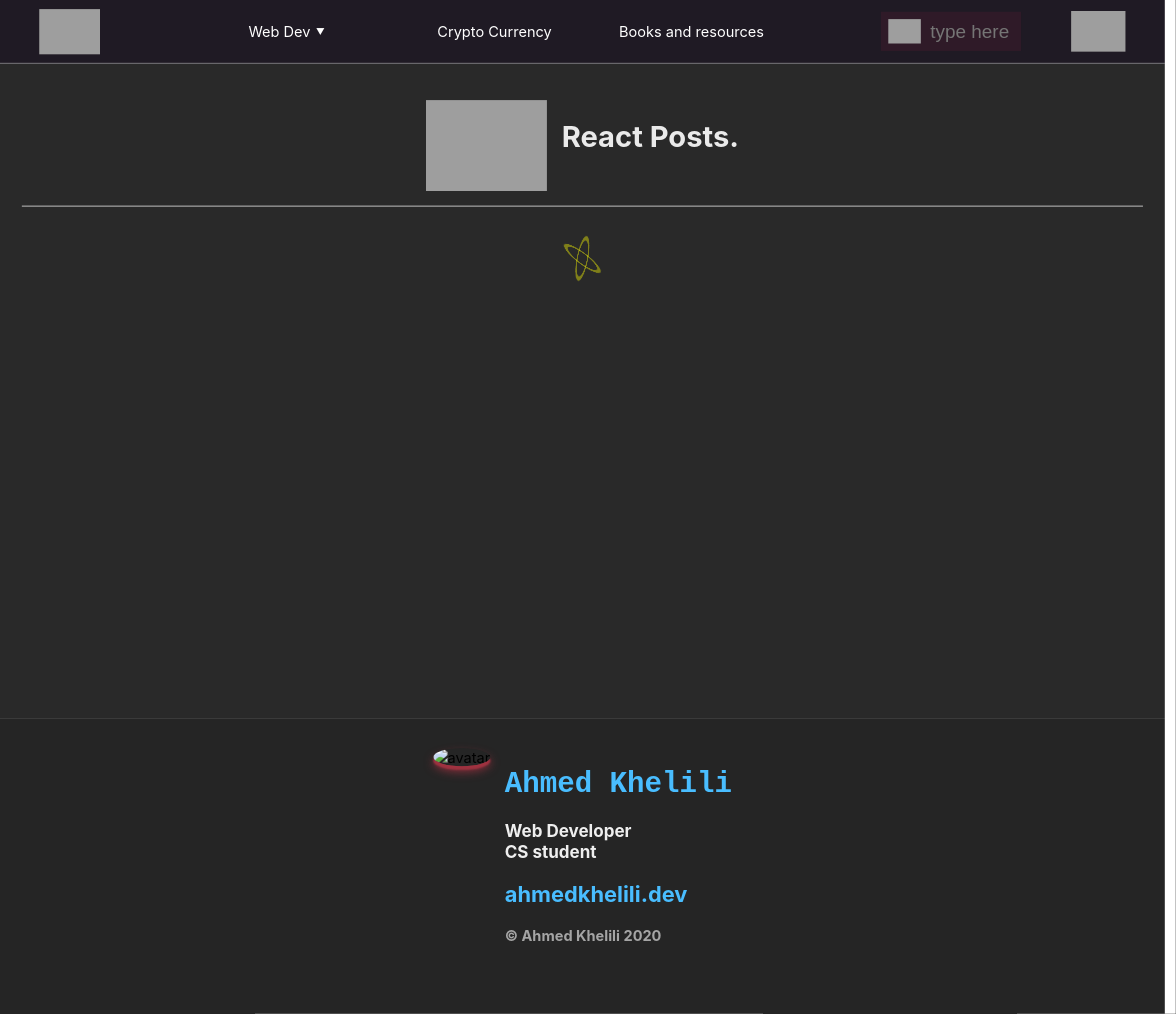
Repository: Midoukh/my-blog
Page: /WebDev/React
The author's editor kept a copy of each file at every save. The page is drawn from the files as they stood at one save, then again after the next save.
The browser window is 1280 px wide. The page is 1292 px wide, so the pictures cover 1292 px, including what lies to the right of the window. The pictures show the whole page, at 91% of full size.
Pictures or frames that could not be fetched are drawn as grey boxes. The page's requests for data from a server got no answer. Some web fonts or font styles are not loaded; a fallback is used. The project was rebuilt for these pictures with package versions that can differ from the ones it lists, and the page was loaded fresh each time. The framework's server and built-in components were replaced by stand-ins that run in the browser. No one was signed in, and anything a server would have sent is missing. Also part of the build but not shown: next.config.js, Components/Backdrop/Backdrop.jsx, Components/Form/Form.module.css, UI/Button/Button.module.css, UI/Button/Button.jsx, Components/Form/Form.jsx, Components/Nav/DropDown/DropDown.module.css, Components/Nav/DropDown/DropDown.jsx and 1 more.

Above is the page before, as saved 2021-12-26 19:01:51.

### pages/_app.js
import "../styles/globals.css";
import Nav from "../Components/Nav/Nav";
import Footer from "../Components/Footer/Footer";
import Head from "next/head";

function MyApp({ Component, pageProps }) {
  return (
    <div>
      <Head>
        <title>Ahmed Khelili Blog</title>
      </Head>
      <Nav />
      <Component {...pageProps} />
      <Footer />
    </div>
  );
}

export default MyApp;

### pages/WebDev/React/index.jsx
import React from "react";

import styles from "../GlobalStyle/WebDevPosts.module.css";
import BaseCategory from "../../../Components/BaseCategory";

const reactLogo = require("../../../public/Assets/physics.png");

const ReactPosts = () => {
  return (
    <BaseCategory
      logo={reactLogo}
      category="react"
      postCategory="React"
      styles={styles}
    />
  );
};

export default ReactPosts;

### Components/Nav/Nav.jsx
import React from "react";
import styles from "./Nav.module.css";
import Search from "./Search/Search";
const logo = require("../../public/Assets/solvent.svg");
import Account from "./UserAccount/Account";
import Link from "next/link";
import DropDown from "./DropDown/DropDown";

class Nav extends React.Component {
  constructor(props) {
    super(props);
    this.state = {
      shownMenu: false,
    };
    this.menuRef = React.createRef();
    this.buttonRef = React.createRef();
  }
  handleShowMenu = (e) => {
    const newVal = !this.state.shownMenu;

    this.setState({ shownMenu: newVal }, () => {
      document.addEventListener("click", this.closeMenu);
    });
  };
  closeMenu = (e) => {
    const menu = this.menuRef;
    const button = this.buttonRef;

    if (button && e.target.className !== button.current.className) {
      this.setState({ shownMenu: false });
    }
  };

  componentDidMount() {
    document.addEventListener("click", this.closeMenu);
  }

  render() {
    return (
      <nav className={styles.Nav}>
        <Link href="/">
          <img className={styles.logo} src={logo} alt="Logo" />
        </Link>
        <ul>
          <li className={styles.outerMenu}>
            <ul className={styles.innerMenu}>
              <li
                className={styles.MenuButton}
                onClick={this.handleShowMenu}
                ref={this.buttonRef}
              >
                Web Dev &#11206;
              </li>
              {this.state.shownMenu ? <DropDown ref={this.menuRef} /> : null}
            </ul>
          </li>
          <Link href="/Crypto">
            <li>Crypto Currency</li>
          </Link>
          <Link href="/BooksAndResources">
            <li>Books and resources</li>
          </Link>
        </ul>
        <Search />
        <Account />
      </nav>
    );
  }
}

export default Nav;

### Components/Footer/Footer.jsx
import React, { useState, useEffect } from "react";
import axios from "axios";
import styles from "./Footer.module.css";

const Footer = () => {
  const [avatar, setAvatar] = useState("");
  const handleGetMyInfoFromGitHub = async () => {
    const response = await axios.get("https://api.github.com/users/Midoukh");
    setAvatar((prev) => response.data.avatar_url);
  };
  const handleGoToGithub = () => {
    window.open("https://github.com/Midoukh", "_blank").focus();
  };
  useEffect(() => {
    handleGetMyInfoFromGitHub();
  });
  return (
    <div className={styles.Footer}>
      <div className={styles.AvatarWrapper}>
        <img src={avatar} alt="avatar" onClick={handleGoToGithub} />
      </div>
      <div className={styles.Details}>
        <h1>Ahmed Khelili</h1>
        <h3>Web Developer</h3>
        <h3>CS student</h3>
        <a href="https://www.ahmedkhelili.dev">
          <h2>ahmedkhelili.dev</h2>
        </a>
        <h4>© Ahmed Khelili 2020</h4>
      </div>
    </div>
  );
};

export default Footer;

### pages/WebDev/GlobalStyle/WebDevPosts.module.css
@import url(//db.onlinewebfonts.com/c/4eed94e85a810fb0ee04526f373f5cd2?family=Diary+of+an+8-bit+mage);

.WebDevPostsContainer,
.WebDevGrid {
  margin: 0;
  background-color: #292929;
  box-sizing: border-box;
  max-width: 100vw;
  min-height: 100vh;
  padding: 1.5rem;
}
.WebDevPostsContainer header {
  display: flex;
  color: white;
  justify-content: center;
  width: 100%;
  box-sizing: border-box;
  border-bottom: 1px solid #ccc;
  padding: 1rem;
}
.WebDevPostsContainer header img {
  height: 100px;
  margin-right: 1rem;
}
.WebDevPostsContainer header h1 {
  opacity: 0.9;
}
.WebDevGrid {
  display: grid;
  grid-template-columns: repeat(2, 25vw);
  grid-gap: 2rem;
  color: rgba(255, 255, 255, 0.8);
  justify-content: center;
}
.WebDevGrid img {
  height: 90px;
  margin-right: 1rem;
}
.JS {
  box-shadow: 6px 5px 2px rgba(240, 219, 79, 0.7);
}
.React {
  box-shadow: 6px 5px 2px rgba(10, 186, 168, 0.7);
}
.Node {
  box-shadow: 6px 5px 2px rgba(125, 195, 41, 0.7);
}
.WA {
  box-shadow: 6px 5px 2px rgba(101, 78, 240, 0.7);
}
.WebDevGrid section {
  border: 1px solid #ccc;
  display: flex;
  justify-content: center;
  align-items: center;
  box-sizing: border-box;
  padding: 1rem;
  cursor: pointer;
  transition: all 0.3s ease-in;
}
.WebDevGrid section:hover {
  transform: scale(1.1);
}
.JS:hover {
  color: rgba(240, 219, 79, 1);
}
.React:hover {
  color: rgba(10, 186, 168, 1);
}
.Node:hover {
  color: rgba(125, 195, 41, 1);
}
.WA:hover {
  color: rgba(101, 78, 240, 1);
}
.Grid {
  display: grid;
  grid-template-columns: repeat(4, auto);
  padding: 2rem 0rem;
}
.NoPosts {
  width: 100%;
  display: flex;
  justify-content: center;
  padding-top: 3rem;
}
.NoPosts h1 {
  color: rgba(255, 255, 255, 0.774);
  font-family: "Diary of an 8-bit Mage", monospace;
}
.NoPosts h1 span {
  color: rgba(10, 186, 168, 1);
}

### Components/BaseCategory/index.jsx
import React from "react";
import axios from "axios";
import Blog from "../../Components/Blogs/Blog/Blog";
import { origin } from "../../utils/constants";

import Spinner from "../../Components/Spinner";

class BaseCategory extends React.Component {
  constructor(props) {
    super(props);
    this.state = {
      data: [],
      error: null,
      isPosts: true,
    };
  }
  componentDidMount() {
    this.handleGetPosts();
  }
  handleGetPosts = async () => {
    //categories
    //react, node, java script, web assembly, books, crypto-currency
    //others
    try {
      const res = await axios.get(
        `${origin}/blogs/get?category=${this.props.category}`
      );
      console.log(res);
      const posts = res.data.data ? res.data.data : [];
      const isPosts = res.data.data.length ? true : false;
      this.setState({ data: posts, isPosts });
    } catch (err) {
      console.log(err);
      this.setState({ error: err.message });
    }
  };
  render() {
    const noBlogs = !this.state.isPosts ? (
      <div className={this.props.styles.NoPosts}>
        <h1>
          <span>😲</span> No Posts available
        </h1>
      </div>
    ) : (
      <Spinner />
    );

    return (
      <main className={this.props.styles.WebDevPostsContainer}>
        <header>
          <img src={this.props.logo} />
          <h1>{this.props.postCategory} Posts.</h1>
        </header>
        {this.state.data.length === 0 ? (
          noBlogs
        ) : (
          <div className={this.props.styles.Grid}>
            {this.state.data.map((blg) => (
              <Blog
                key={blg._id}
                name={blg.title}
                bg="linear-gradient(45deg, #1f1a24da, #2f1a24df)"
                link={`/post/${blg.slug}`}
              />
            ))}
          </div>
        )}
      </main>
    );
  }
}

export default BaseCategory;

### Components/Nav/Nav.module.css
/*dark color*/
.Nav{
	max-width: 100vw;
	height: 70px;
	background-color: #1F1A24;
	display: flex;
	align-items: center;
	justify-content: space-around;
	box-sizing: border-box;
	padding: 0 1rem;
	border-bottom: .5px solid rgba(255, 255, 255, .3);
	box-shadow: 1px 1px 10px rgba(255, 255, 255, .9);
	overflow-y: visible;
}
.logo{
	height: 50px;
	cursor: pointer;
}
.Nav ul{
	list-style: none;
	width: 60%;
	height: 100%;
	display: flex;
	justify-content: space-evenly;
	align-items: center;
	color: white;
	transition: all .1s ease-in;
}
.Nav ul li{
	cursor: pointer;
	transition: all .3s ease-in;
}

.outerMenu{
	width: 10vw;
}
.innerMenu{
	display: flex;
	flex-flow: column;
	align-items: flex-start;
	justify-content: center;
	position: relative;
}
.MenuButton{
	width: 10vw;
	display: inline;
}

### Components/Nav/Search/Search.jsx
import React, { useRef } from "react";
import axios from "axios";
import styles from "./Search.module.css";
import { origin } from "../../../utils/constants";
const search = require("../../../public/Assets/search.svg");

const Search = () => {
  const searchRef = useRef();
  const handleExpandSearchBar = (e) => {
    const newWidth = "15vw";

    searchRef.current.style.width = newWidth;
  };
  const handleDecreaseSearchBar = (e) => {
    const newWidth = "12vw";

    searchRef.current.style.width = newWidth;
  };
  const handleSearch = async (e) => {
    const { value } = e.target;
    console.log(value);
    try {
      const res = await axios.get(`${origin}/blogs/get?search=${value}`);
      console.log(res);
    } catch (err) {
      console.log(err);
    }
  };
  return (
    <div className={styles.Search} ref={searchRef}>
      <img className={styles.searchIcon} src={search} />
      <input
        type="text"
        placeholder="type here"
        onFocus={handleExpandSearchBar}
        onBlur={handleDecreaseSearchBar}
        onKeyUp={handleSearch}
      />
      <div className={styles.Suggestions}></div>
    </div>
  );
};

export default Search;

### Components/Nav/UserAccount/Account.jsx
import React, { useState, useRef } from 'react'
import styles from './Account.module.css'
const account = require('../../../public/Assets/account.png')
import Backdrop from '../../Backdrop/Backdrop'
import Form from '../../Form/Form'
const Account = (props) => {
	const [showBackdrop, setShowBackdrop] = useState(false)
	const formRef = useRef()

	const handleShowBackdrop = (e) => {
		const newVal = !showBackdrop
		if (e.target.className === 'back-drop' || e.target.className.includes('Account')){
			setShowBackdrop(prev => prev = newVal)

		}
	}
	return (
			<>
			{showBackdrop? <Backdrop hide={handleShowBackdrop}><Form/></Backdrop>: null}
			<img
			className={styles.Account}
			src={account}
			onClick={handleShowBackdrop}
			/>
			</>
			)
}

export default Account

### Components/Footer/Footer.module.css
@import url(//db.onlinewebfonts.com/c/4eed94e85a810fb0ee04526f373f5cd2?family=Diary+of+an+8-bit+mage);

.Footer {
  background-color: #252525;
  box-sizing: border-box;
  width: 100%;
  min-height: 45vh;
  display: flex;
  justify-content: center;
  padding: 2rem;
}
.AvatarWrapper img {
  border-radius: 50%;
  max-height: 80px;
  box-shadow: 0px 4px 2px #a03240, 0px 6px 10px #a03241cc;
  cursor: pointer;
  transition: all 0.2s cubic-bezier(0.165, 0.84, 0.44, 1);
}
.AvatarWrapper img:hover {
  box-shadow: none;
}
.Details {
  margin-left: 1rem;
}
.Details h1 {
  color: #49bdff;
  font-family: "Diary of an 8-bit Mage", monospace;
}
.Details a {
  text-decoration: none;
}
.Details h2 {
  color: #49bdff;
}
.Details h3 {
  margin: 0;
  color: rgba(255, 255, 255, 0.931);
}
.Details h4 {
  color: rgba(255, 255, 255, 0.589);
}

### utils/constants.js
export const origin =
  process.env.NODE_ENV === "development"
    ? "http://localhost:5000"
    : "http://localhost:5000";

### Components/Spinner/index.jsx
import RingLoader from "react-spinners/RingLoader";

const Spinner = ({}) => {
  return (
    <div
      style={{
        width: "100%",
        display: "flex",
        justifyContent: "center",
        paddingTop: "2rem",
      }}
    >
      <RingLoader size={50} color="yellow" />
    </div>
  );
};

export default Spinner;

### Components/Nav/Search/Search.module.css
.searchIcon{
	height: 27px;
}
.Search{
	background-color: #2F1A28;
	display: flex;
	align-items: center;
	padding: .5rem;
	box-sizing: border-box;
	width: 12vw;
	margin: 0;
	transition: all .4s ease-out;
}
.Search input{
	outline: none;
	background-color: transparent;
	border: none;
	margin-left: .5rem;
	font-size: 1.3em;
	color: rgba(255, 255, 255, .8)
}

### Components/Nav/UserAccount/Account.module.css
.Account{
	height: 45px;
	cursor: pointer;
}

### Components/Blogs/Blog/Blog.module.css
@import url(//db.onlinewebfonts.com/c/4eed94e85a810fb0ee04526f373f5cd2?family=Diary+of+an+8-bit+mage);

.Blog {
  position: relative;
  height: 200px;
  width: 240px;
  border-top-left-radius: 25px;
  border-bottom-right-radius: 25px;
  background-size: cover;
  background-position: center;
  overflow: hidden;
  cursor: pointer;
}
.Layer {
  z-index: 2;
  position: absolute;
  top: 0;
  left: 0;
  bottom: 0;
  right: 0;
}
.Blog h1 {
  position: absolute;
  margin: 1rem;
  z-index: 3;
  font-family: "Diary of an 8-bit Mage", monospace;
  color: rgba(255, 255, 255, 0.9);
}

Loaded but not shown: styles/globals.css (common file)

After the next save:
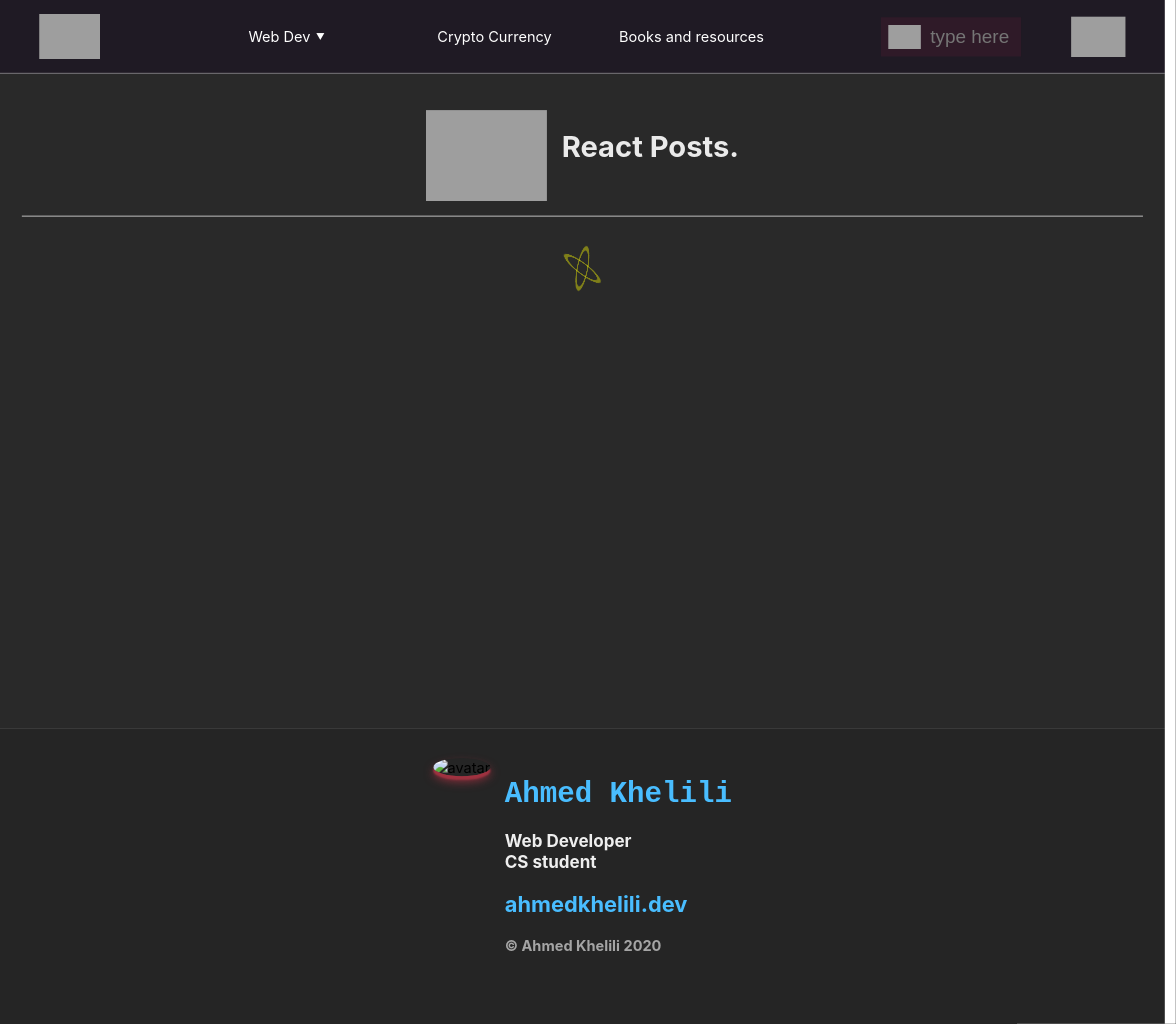
Saved 5 min 21 s later.
--- a/Components/Nav/Nav.module.css
+++ b/Components/Nav/Nav.module.css
@@ -1,47 +1,47 @@
 /*dark color*/
-.Nav{
-	max-width: 100vw;
-	height: 70px;
-	background-color: #1F1A24;
-	display: flex;
-	align-items: center;
-	justify-content: space-around;
-	box-sizing: border-box;
-	padding: 0 1rem;
-	border-bottom: .5px solid rgba(255, 255, 255, .3);
-	box-shadow: 1px 1px 10px rgba(255, 255, 255, .9);
-	overflow-y: visible;
+.Nav {
+  max-width: 100vw;
+  height: 70px;
+  background-color: #1f1a24;
+  display: flex;
+  align-items: center;
+  justify-content: space-around;
+  box-sizing: border-box;
+  padding: 2.5rem 1rem;
+  border-bottom: 0.5px solid rgba(255, 255, 255, 0.3);
+  box-shadow: 1px 1px 10px rgba(255, 255, 255, 0.9);
+  overflow-y: visible;
 }
-.logo{
-	height: 50px;
-	cursor: pointer;
+.logo {
+  height: 50px;
+  cursor: pointer;
 }
-.Nav ul{
-	list-style: none;
-	width: 60%;
-	height: 100%;
-	display: flex;
-	justify-content: space-evenly;
-	align-items: center;
-	color: white;
-	transition: all .1s ease-in;
+.Nav ul {
+  list-style: none;
+  width: 60%;
+  height: 100%;
+  display: flex;
+  justify-content: space-evenly;
+  align-items: center;
+  color: white;
+  transition: all 0.1s ease-in;
 }
-.Nav ul li{
-	cursor: pointer;
-	transition: all .3s ease-in;
+.Nav ul li {
+  cursor: pointer;
+  transition: all 0.3s ease-in;
 }
 
-.outerMenu{
-	width: 10vw;
+.outerMenu {
+  width: 10vw;
 }
-.innerMenu{
-	display: flex;
-	flex-flow: column;
-	align-items: flex-start;
-	justify-content: center;
-	position: relative;
+.innerMenu {
+  display: flex;
+  flex-flow: column;
+  align-items: flex-start;
+  justify-content: center;
+  position: relative;
 }
-.MenuButton{
-	width: 10vw;
-	display: inline;
+.MenuButton {
+  width: 10vw;
+  display: inline;
 }
